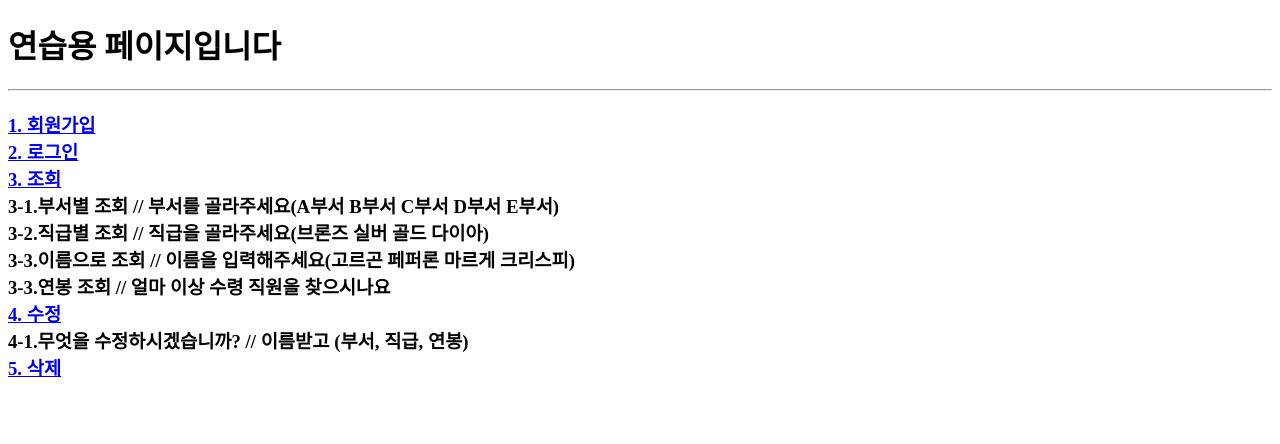
Repository: loseminho/khAcademy-Study
Page: http://localhost/02_SpringMVC_CRUD_TEST/
An editor plug-in stored every save of this project. The page is shown before and after the next save, followed by the edit.
The browser window is 1280 px wide. The pictures show the whole page.
The page is served by Tomcat 9. Other server files are loaded and not shown.

Above is the page before, as saved 2022-09-30 09:11:00.

### spring/workspace-sts-3.9.13.RELEASE/02_SpringMVC_CRUD_TEST/src/main/webapp/index.jsp
<%@ page language="java" contentType="text/html; charset=UTF-8"
    pageEncoding="UTF-8"%>
<!DOCTYPE html>
<html>
<head>
<meta charset="UTF-8">
<title>Insert title here</title>
</head>
<body>
	<h1>연습용 페이지입니다</h1>
	<hr>
	<h3>
		<a href="/">1. 회원가입</a><br>
		<a href="/">2. 로그인</a><br>
		<a href="/">3. 조회</a><br>
		3-1.부서별 조회 // 부서를 골라주세요(A부서  B부서  C부서  D부서  E부서)<br>
		3-2.직급별 조회 // 직급을 골라주세요(브론즈 실버 골드 다이아)<br>
		3-3.이름으로 조회 // 이름을 입력해주세요(고르곤 페퍼론 마르게 크리스피)<br>
		3-3.연봉 조회 // 얼마 이상 수령 직원을 찾으시나요<br>
		<a href="/">4. 수정</a><br>
		4-1.무엇을 수정하시겠습니까? // 이름받고 (부서, 직급, 연봉)<br>
		<a href="/">5. 삭제</a><br>

	</h3>
</body>
</html>

After the next save:
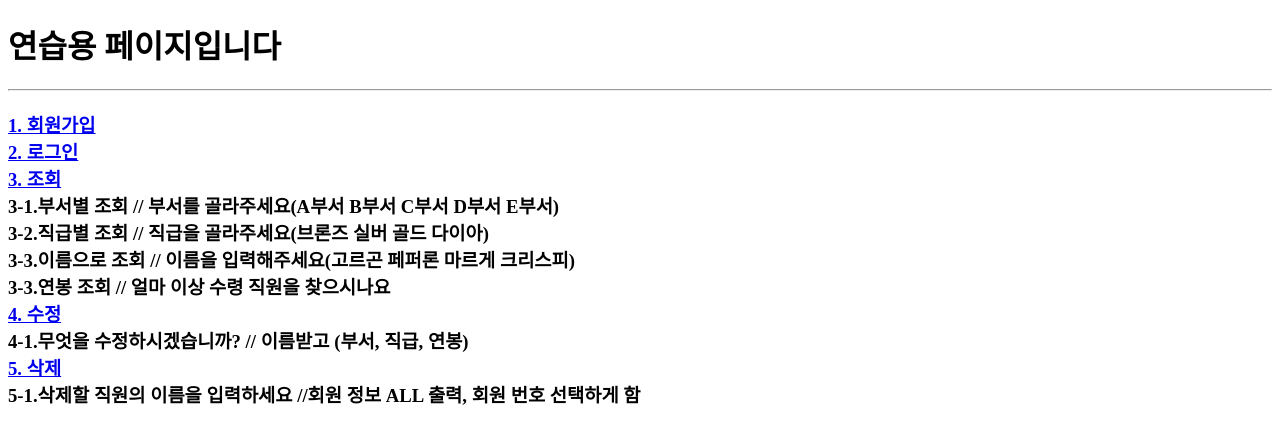
Saved 42 s later.
--- a/spring/workspace-sts-3.9.13.RELEASE/02_SpringMVC_CRUD_TEST/src/main/webapp/index.jsp
+++ b/spring/workspace-sts-3.9.13.RELEASE/02_SpringMVC_CRUD_TEST/src/main/webapp/index.jsp
@@ -20,7 +20,7 @@
 		<a href="/">4. 수정</a><br>
 		4-1.무엇을 수정하시겠습니까? // 이름받고 (부서, 직급, 연봉)<br>
 		<a href="/">5. 삭제</a><br>
-
+		5-1.삭제할 직원의 이름을 입력하세요 //회원 정보 ALL 출력, 회원 번호 선택하게 함<br>
 	</h3>
 </body>
 </html>
